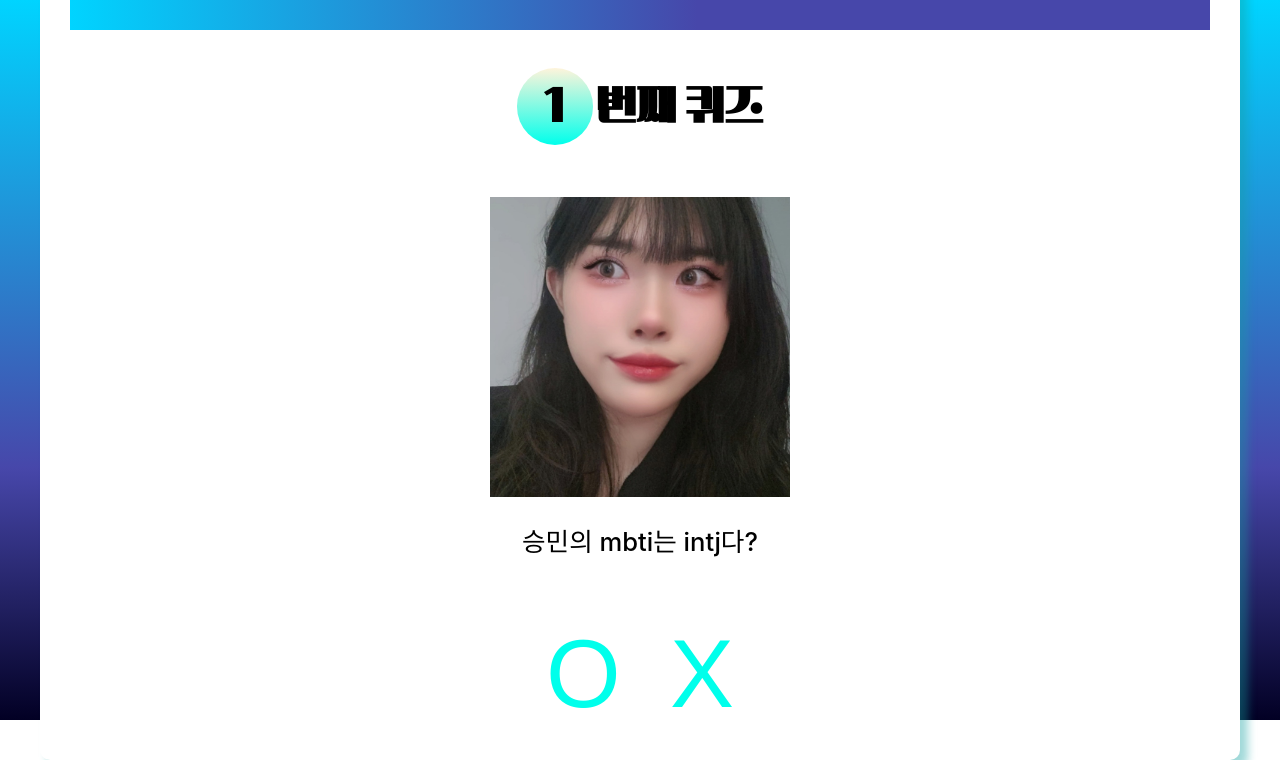
Repository: dnjfht/quiz3
Page: /quiz
The author's editor kept a copy of each file at every save. The page is drawn from the files as they stood at one save, then again after the next save.
The browser window is 1280 px wide. The pictures show the whole page.
The project was rebuilt for these pictures with package versions that can differ from the ones it lists, and the page was loaded fresh each time. Also part of the build but not shown: src/components/Start.js, src/components/Score.js, src/components/Message.js, src/components/Ranking.js, src/components/NotPage.js.

Above is the page before, as saved 2023-04-15 23:43:17.

After the next save:
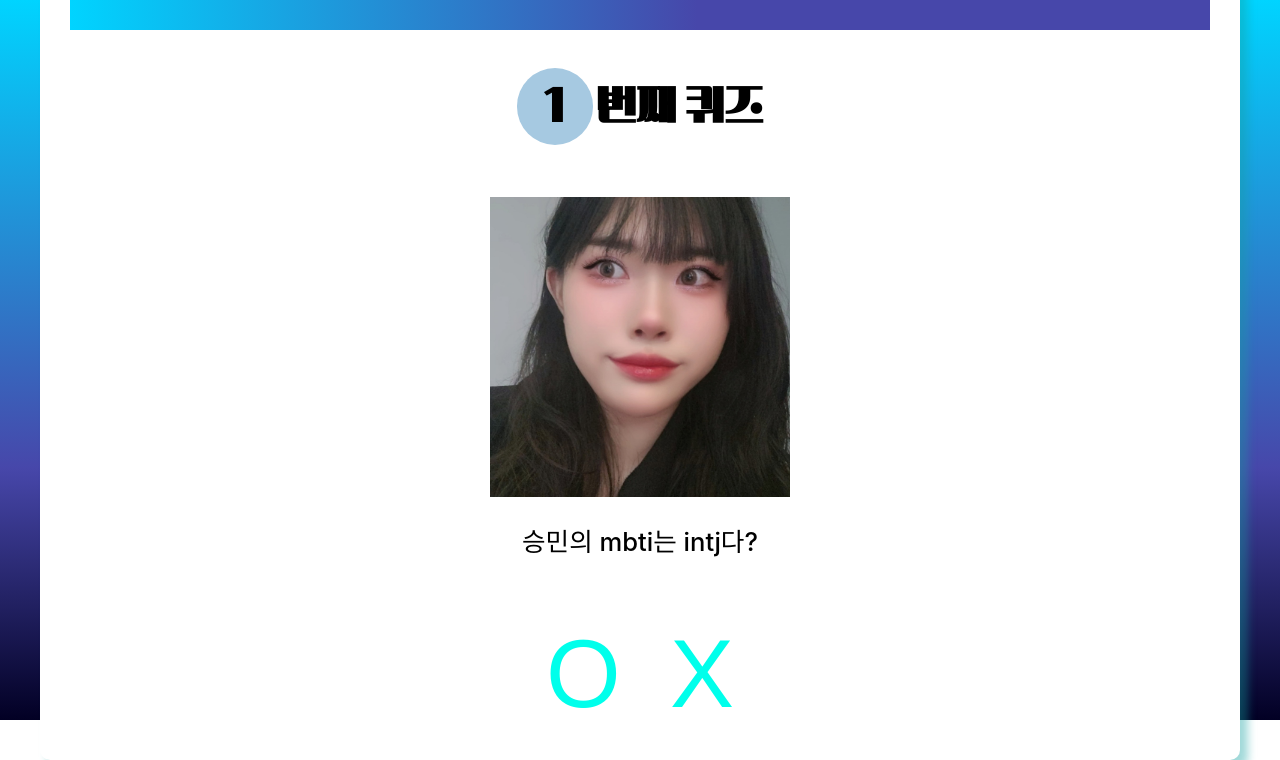
Saved 14 s later.
--- a/src/components/Quiz.js
+++ b/src/components/Quiz.js
@@ -33,12 +33,7 @@ const QuizNumber = styled.h1`
   & > span {
     margin-right: 4px;
     padding: 10px 26px;
-    background: rgb(0, 255, 235);
-    background: linear-gradient(
-      0deg,
-      rgba(0, 255, 235, 1) 0%,
-      rgba(255, 244, 219, 1) 100%
-    );
+    background: #a6c9e1;
     border-radius: 100px;
   }
 `;
